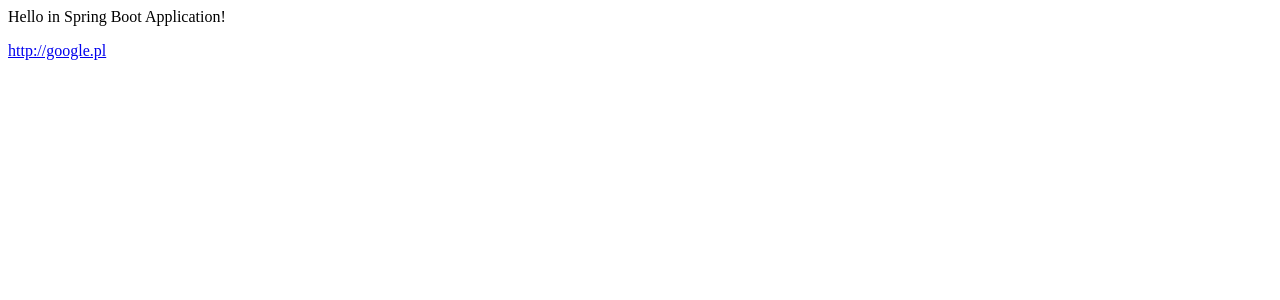
Repository: kamilolejniczak/Spring-kurs-nauka
Page: D-MVC3-War/src/main/webapp/view/hello.html
These files come from the project's save history. The page is drawn as it stood at one moment and after the next save; the edit follows.
The browser window is 1280 px wide. The pictures show the whole page.

Above is the page before, as saved 2017-08-28 09:34:53.

### D-MVC3-War/src/main/webapp/view/hello.html
<html>

<body>
	<P>Hello in Spring Boot Application!</P>
<a href="info.html">http://google.pl</a>
</body>

</html>

After the next save:
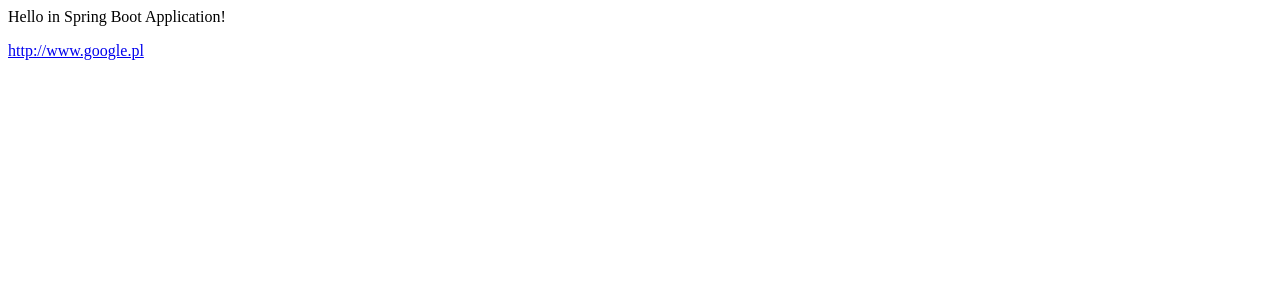
Saved 23 s later.
--- a/D-MVC3-War/src/main/webapp/view/hello.html
+++ b/D-MVC3-War/src/main/webapp/view/hello.html
@@ -2,7 +2,7 @@
 
 <body>
 	<P>Hello in Spring Boot Application!</P>
-<a href="info.html">http://google.pl</a>
+<a href="info.html">http://www.google.pl</a>
 </body>
 
 </html>
